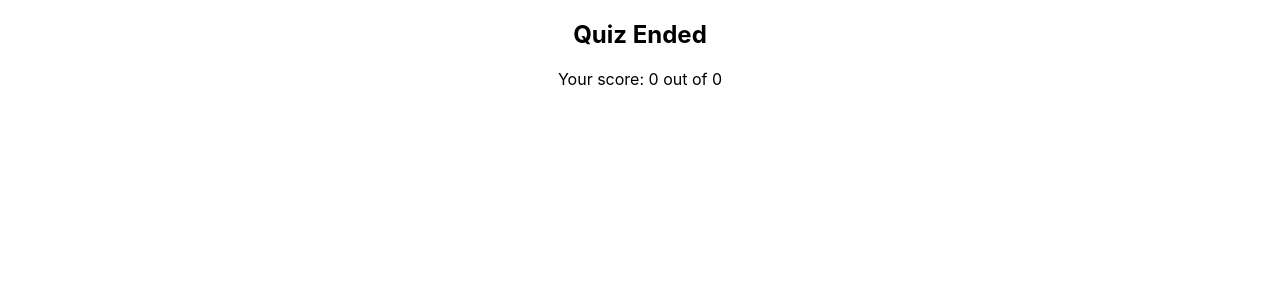
Repository: sriram1224/quiz
Page: /
These files come from the project's save history. The page is drawn as it stood at one moment and after the next save; the edit follows.
The browser window is 1280 px wide. The pictures show the whole page.
The page's requests for data from a server got no answer. The project was rebuilt for these pictures with package versions that can differ from the ones it lists, and the page was loaded fresh each time. No one was signed in, and anything a server would have sent is missing.

Above is the page before, as saved 2024-04-23 16:30:17.

### src/App.js
import QuizApp from './Components/quiz';
import './App.css';

function App() {
  return (
    <div className="App">
    <QuizApp />
    </div>
  );
}

export default App;

### src/Components/quiz.js
import React, { useState, useEffect, useRef } from "react";

function App() {
  const [questions, setQuestions] = useState([]);
  const [currentQuestionIndex, setCurrentQuestionIndex] = useState(0);
  const [score, setScore] = useState(0);
  const [timer, setTimer] = useState(10); // Timer for each question (in seconds)
  const [quizEnded, setQuizEnded] = useState(false);

  const timerRef = useRef(null); // Ref for the timer timeout

  useEffect(() => {
    async function fetchQuestions() {
      try {
        const response = await fetch(
          "https://opentdb.com/api.php?amount=5&type=multiple"
        );
        const data = await response.json();
        setQuestions(data.results);
      } catch (error) {
        console.error("Error fetching questions:", error);
      }
    }

    fetchQuestions();
  }, []);

  useEffect(() => {
    if (currentQuestionIndex < questions.length && timer > 0 && !quizEnded) {
      timerRef.current = setTimeout(() => {
        setTimer(timer - 1);
      }, 1000);

      return () => {
        clearTimeout(timerRef.current);
      };
    } else {
      handleNextQuestion();
    }
  }, [timer]);

  const handleNextQuestion = () => {
    if (currentQuestionIndex < questions.length - 1) {
      setCurrentQuestionIndex(currentQuestionIndex + 1);
      setTimer(10); // Reset the timer for the next question (10 seconds)
    } else {
      // End of the quiz
      setQuizEnded(true);
      clearTimeout(timerRef.current); // Stop the timer when the quiz ends
    }
  };

  const handleAnswerClick = (isCorrect) => {
    if (isCorrect) {
      setScore(score + 1);
    }
    handleNextQuestion();
  };

  if (quizEnded) {
    return (
      <div className="quiz-container">
        <h2>Quiz Ended</h2>
        <p>Your score: {score} out of {questions.length}</p>
      </div>
    );
  }

  if (!questions || questions.length === 0) {
    return <div className="loading">Loading...</div>;
  }

  const currentQuestion = questions[currentQuestionIndex];

  return (
    <div className="quiz-container">
      <h1>Quiz App</h1>
      <div>
        <h2>Question {currentQuestionIndex + 1}</h2>
        <p>{currentQuestion.question}</p>
        <ul>
          {currentQuestion.incorrect_answers.map((answer, index) => (
            <li key={index}>
              <button onClick={() => handleAnswerClick(false)}>{answer}</button>
            </li>
          ))}
          <li>
            <button onClick={() => handleAnswerClick(true)}>
              {currentQuestion.correct_answer}
            </button>
          </li>
        </ul>
        <p>Time left: {timer} seconds</p>
      </div>
    </div>
  );
}

export default App;

Loaded but not shown: public/index.html (common file); src/index.js (common file); src/index.css (common file); src/reportWebVitals.js (common file); src/App.css (common file)

After the next save:
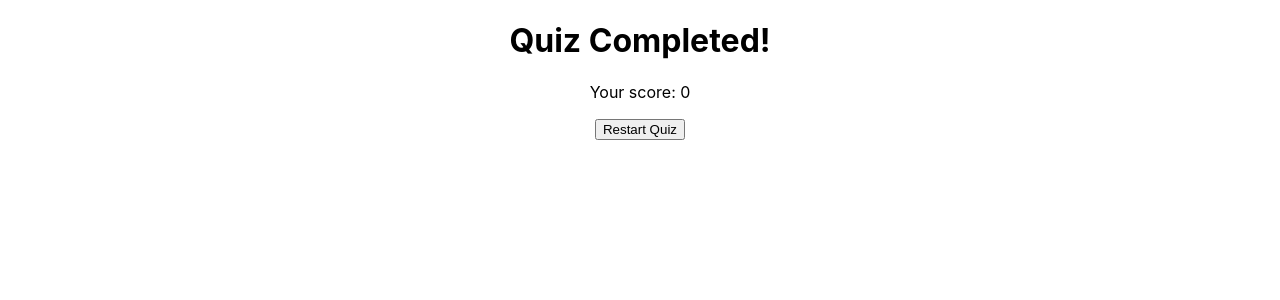
Saved 2 min 51 s later.
--- a/src/Components/quiz.js
+++ b/src/Components/quiz.js
@@ -1,99 +1,85 @@
-import React, { useState, useEffect, useRef } from "react";
+import React, { useState, useEffect } from 'react';
 
-function App() {
+function QuizApp() {
   const [questions, setQuestions] = useState([]);
   const [currentQuestionIndex, setCurrentQuestionIndex] = useState(0);
   const [score, setScore] = useState(0);
-  const [timer, setTimer] = useState(10); // Timer for each question (in seconds)
-  const [quizEnded, setQuizEnded] = useState(false);
-
-  const timerRef = useRef(null); // Ref for the timer timeout
+  const [timer, setTimer] = useState(5);
 
   useEffect(() => {
-    async function fetchQuestions() {
-      try {
-        const response = await fetch(
-          "https://opentdb.com/api.php?amount=5&type=multiple"
-        );
-        const data = await response.json();
-        setQuestions(data.results);
-      } catch (error) {
-        console.error("Error fetching questions:", error);
-      }
-    }
-
     fetchQuestions();
   }, []);
 
-  useEffect(() => {
-    if (currentQuestionIndex < questions.length && timer > 0 && !quizEnded) {
-      timerRef.current = setTimeout(() => {
-        setTimer(timer - 1);
-      }, 1000);
+  async function fetchQuestions() {
+    try {
+      const response = await fetch(
+        "https://opentdb.com/api.php?amount=10&type=multiple"
+      );
+      const data = await response.json();
+      setQuestions(data.results);
+    } catch (error) {
+      console.error("Error fetching questions:", error);
+    }
+  }
 
-      return () => {
-        clearTimeout(timerRef.current);
-      };
-    } else {
-      handleNextQuestion();
-    }
-  }, [timer]);
-
-  const handleNextQuestion = () => {
-    if (currentQuestionIndex < questions.length - 1) {
-      setCurrentQuestionIndex(currentQuestionIndex + 1);
-      setTimer(10); // Reset the timer for the next question (10 seconds)
-    } else {
-      // End of the quiz
-      setQuizEnded(true);
-      clearTimeout(timerRef.current); // Stop the timer when the quiz ends
-    }
-  };
-
-  const handleAnswerClick = (isCorrect) => {
-    if (isCorrect) {
+  function handleAnswerSubmit(answer) {
+    // Check if the answer is correct and update score
+    const currentQuestion = questions[currentQuestionIndex];
+    if (answer === currentQuestion.correct_answer) {
       setScore(score + 1);
     }
-    handleNextQuestion();
-  };
+    // Move to the next question
+    setCurrentQuestionIndex(currentQuestionIndex + 1);
+    // Reset timer for the next question
+    setTimer(5);
+  }
 
-  if (quizEnded) {
+  useEffect(() => {
+    const interval = setInterval(() => {
+      if (timer > 0) {
+        setTimer(timer - 1);
+      } else {
+        clearInterval(interval);
+        // Move to the next question when the timer reaches 0
+        setCurrentQuestionIndex(currentQuestionIndex + 1);
+        // Reset timer for the next question
+        setTimer(5);
+      }
+    }, 1000);
+
+    return () => clearInterval(interval);
+  }, [timer, currentQuestionIndex]);
+
+  // Check if quiz is finished
+  if (currentQuestionIndex >= questions.length) {
     return (
-      <div className="quiz-container">
-        <h2>Quiz Ended</h2>
-        <p>Your score: {score} out of {questions.length}</p>
+      <div>
+        <h1>Quiz Completed!</h1>
+        <p>Your score: {score}</p>
+        <button onClick={() => setCurrentQuestionIndex(0)}>Restart Quiz</button>
       </div>
     );
   }
 
-  if (!questions || questions.length === 0) {
-    return <div className="loading">Loading...</div>;
-  }
-
-  const currentQuestion = questions[currentQuestionIndex];
-
   return (
-    <div className="quiz-container">
-      <h1>Quiz App</h1>
-      <div>
-        <h2>Question {currentQuestionIndex + 1}</h2>
-        <p>{currentQuestion.question}</p>
-        <ul>
-          {currentQuestion.incorrect_answers.map((answer, index) => (
-            <li key={index}>
-              <button onClick={() => handleAnswerClick(false)}>{answer}</button>
-            </li>
-          ))}
-          <li>
-            <button onClick={() => handleAnswerClick(true)}>
-              {currentQuestion.correct_answer}
-            </button>
+    <div>
+      <h1>Question {currentQuestionIndex + 1}</h1>
+      <p>Time left: {timer} seconds</p>
+      <p>{questions[currentQuestionIndex].question}</p>
+      <ul>
+        {questions[currentQuestionIndex].incorrect_answers.map((answer, index) => (
+          <li key={index}>
+            <button onClick={() => handleAnswerSubmit(answer)}>{answer}</button>
           </li>
-        </ul>
-        <p>Time left: {timer} seconds</p>
-      </div>
+        ))}
+        <li>
+          <button onClick={() => handleAnswerSubmit(questions[currentQuestionIndex].correct_answer)}>
+            {questions[currentQuestionIndex].correct_answer}
+          </button>
+        </li>
+      </ul>
     </div>
   );
 }
 
-export default App;
+export default QuizApp;
